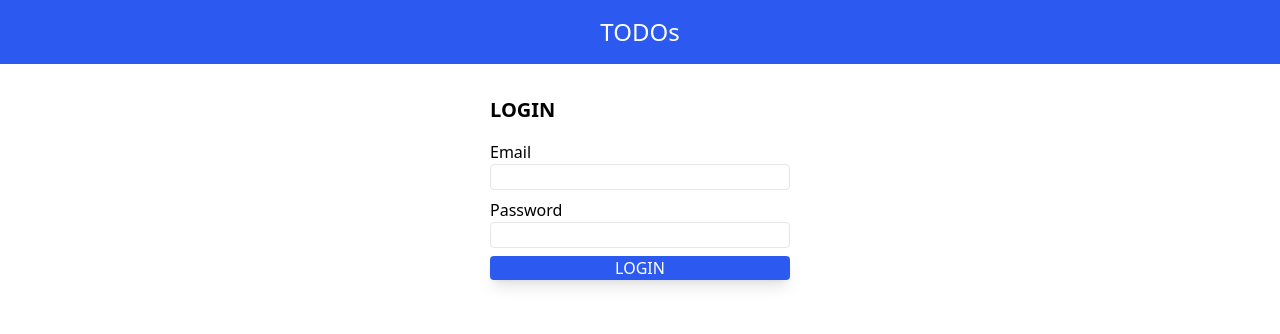
Repository: Jay-JYKim91/wanted-pre-onboarding-challenge-fe-1
Page: /auth
These files come from the project's save history. The page is drawn as it stood at one moment and after a run of saves; the edit follows.
The browser window is 1280 px wide. The pictures show the whole page.
The project was rebuilt for these pictures with package versions that can differ from the ones it lists, and the page was loaded fresh each time.

Above is the page before, as saved 2022-07-29 19:58:35.

After the next 3 saves:
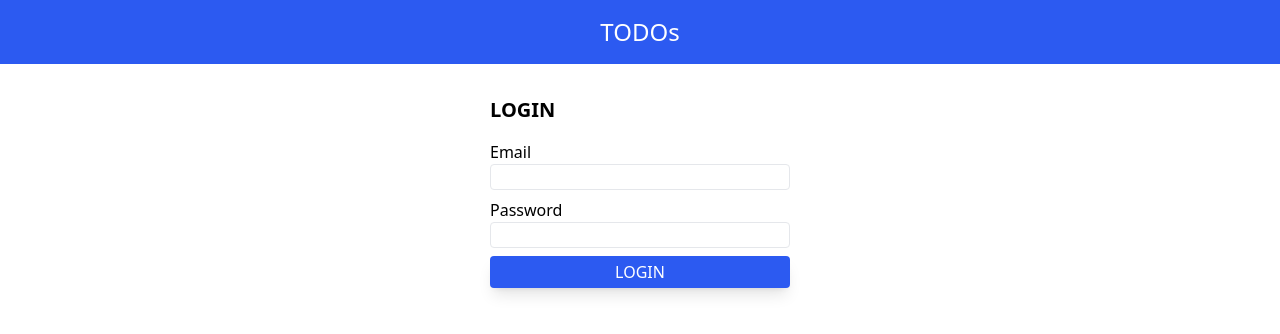
The 3 saves are shown as one change because they came seconds apart.
The last was saved 13 s later.
--- a/src/page/Auth.tsx
+++ b/src/page/Auth.tsx
@@ -20,7 +20,7 @@ function Auth() {
           </div>
           <button
             type="button"
-            className="w-full rounded bg-primary-900 text-white shadow-lg"
+            className="w-full py-1 rounded bg-primary-900 text-white shadow-lg"
           >
             LOGIN
           </button>
